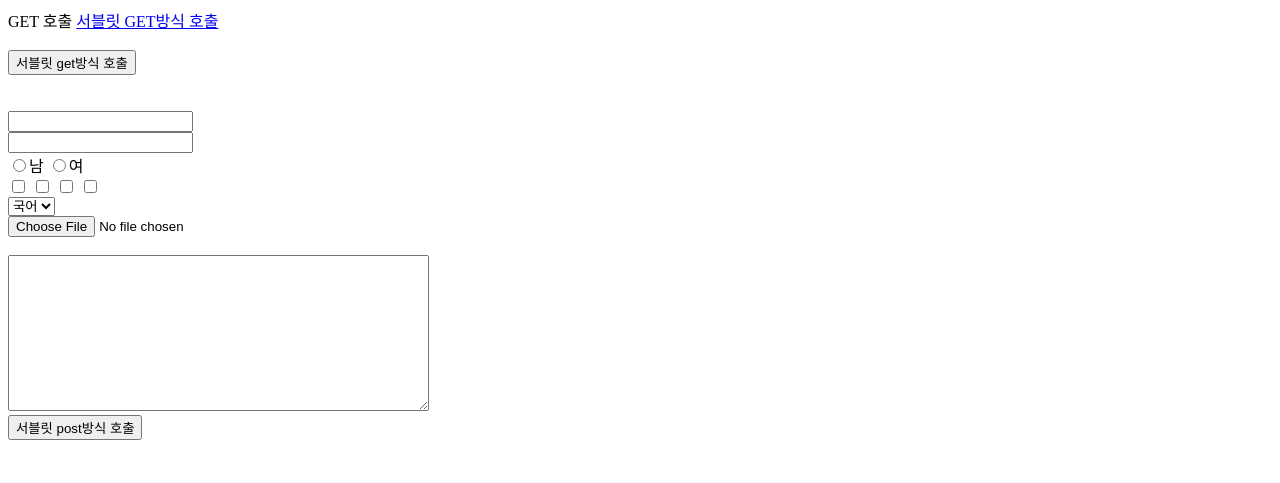
Repository: Won-Hyuk-Lee/kosta_java
Page: http://localhost/web_prj/Practice_Servlet_Call.jsp
The author's editor kept a copy of each file at every save. The page is drawn from the files as they stood at one save, then again after the next save.
The browser window is 1280 px wide. The pictures show the whole page.
The page is served by Tomcat 9. Nobody is signed in. The application's start-up code is not run.

Above is the page before, as saved 2024-05-21 07:53:53.

After the next save:
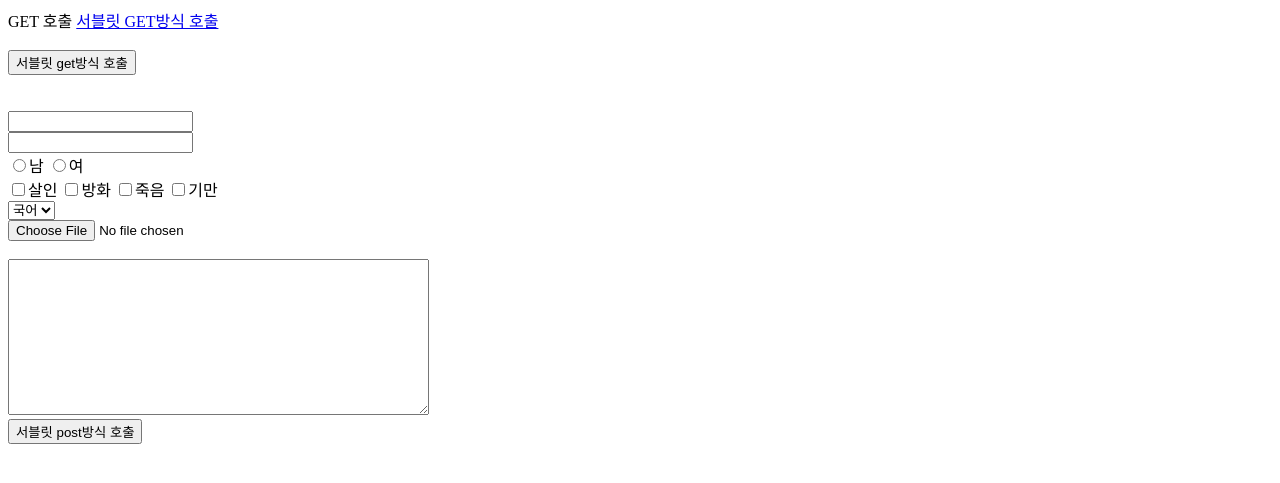
Saved 43 s later.
--- a/web_prj/src/main/webapp/Practice_Servlet_Call.jsp
+++ b/web_prj/src/main/webapp/Practice_Servlet_Call.jsp
@@ -20,10 +20,10 @@ GET 호출
 	<input name = "userpwd" type = "password"><br>
 	<input name = "gender" type = "radio" value = 'm'>남
 	<input name = "gender" type = "radio" value = 'f'>여<br>
-	<input name = "habit" type = "checkbox" value = "kill">
-	<input name = "habit" type = "checkbox" value = "fire">
-	<input name = "habit" type = "checkbox" value = "death">
-	<input name = "habit" type = "checkbox" value = "decoy"><br>
+	<input name = "habit" type = "checkbox" value = "kill">살인
+	<input name = "habit" type = "checkbox" value = "fire">방화
+	<input name = "habit" type = "checkbox" value = "death">죽음
+	<input name = "habit" type = "checkbox" value = "decoy">기만<br>
 
 	<select name = "subject">
 		<option value = "korean">국어</option>
